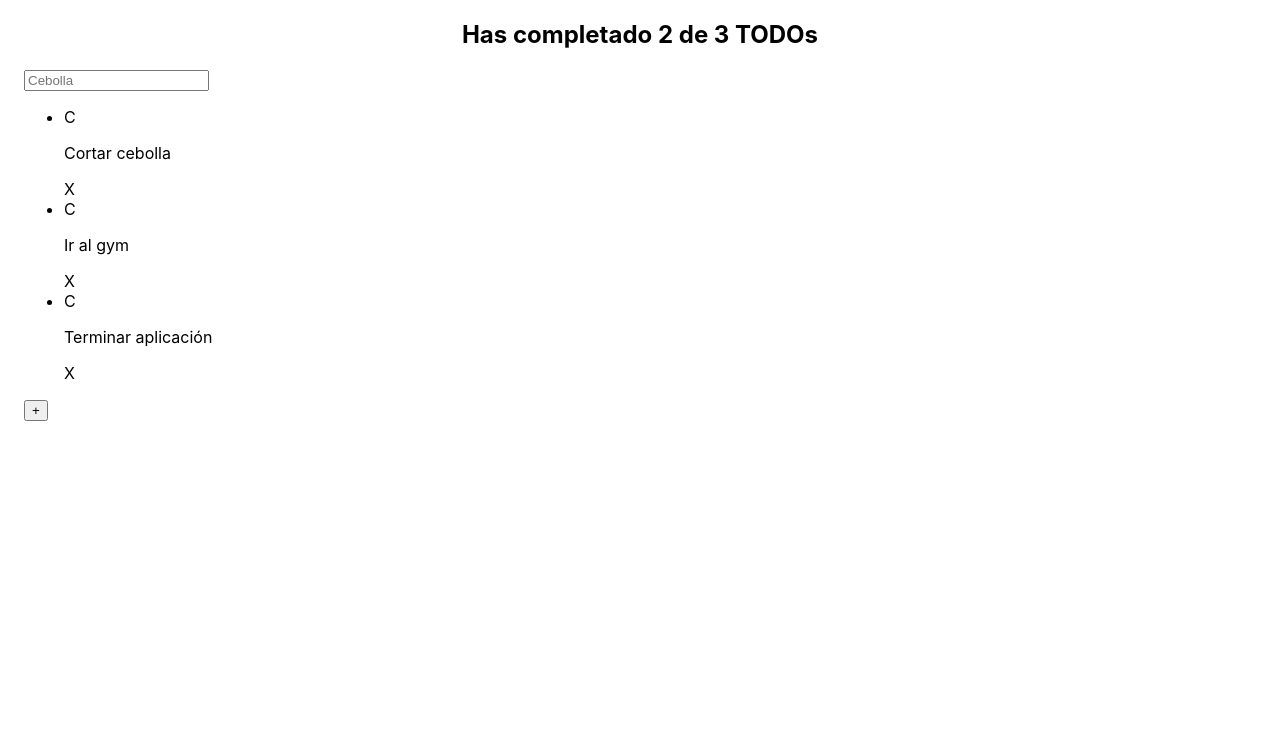
Repository: Pandrea-hub/TODOs
Page: /
These files come from the project's save history. The page is drawn as it stood at one moment and after the next save; the edit follows.
The browser window is 1280 px wide. The pictures show the whole page.
The project was rebuilt for these pictures with package versions that can differ from the ones it lists, and the page was loaded fresh each time.

Above is the page before, as saved 2022-06-05 21:27:55.

### src/index.js
import React from 'react';
import ReactDOM from 'react-dom/client';
import './index.css';
import App from './App';


const root = ReactDOM.createRoot(document.getElementById('root'));
root.render(
  <App/>
);

### src/index.css
body {
  margin: 0;
  font-family: -apple-system, BlinkMacSystemFont, 'Segoe UI', 'Roboto', 'Oxygen',
    'Ubuntu', 'Cantarell', 'Fira Sans', 'Droid Sans', 'Helvetica Neue',
    sans-serif;
  -webkit-font-smoothing: antialiased;
  -moz-osx-font-smoothing: grayscale;
}

code {
  font-family: source-code-pro, Menlo, Monaco, Consolas, 'Courier New',
    monospace;
}

#root{
  margin:0 24px;
  position: relative;
  min-height: 100vh;
}

### src/App.js
//import './App.css';
import React from 'react';
import { TodoCounter } from './TodoCounter';
import { TodoItem } from './TodoItem';
import { CreateTodoButton } from './CreateTodoButton';
import { TodoList } from './TodoList';
import { TodoSearch } from './TodoSearch';


const todos = [
  {text: 'Cortar cebolla',completed: false},
  {text: 'Ir al gym',completed: false},
  {text: 'Terminar aplicación',completed: false},
]


function App() {
  return (
    <React.Fragment>
      <TodoCounter />
      <TodoSearch />


      <TodoList>
        {todos.map(todo =>(
          <TodoItem key={todo.text} text={todo.text} completed={todo.completed}/>
        ))}
      </TodoList>
      <CreateTodoButton />
    </React.Fragment>

  );
}

export default App;

### src/TodoCounter.js
import React from 'react';
import './TodoCounter.css';

function TodoCounter(){
    return (
        <h2 className='TodoCounter'>Has completado 2 de 3 TODOs</h2>
    );
}

export { TodoCounter };

### src/TodoItem.js
import React from 'react';
import {AiOutlineCheck} from 'react-icons/ai';

function TodoItem(props){
    return (
        <li className='TodoItem'>
            <span>C</span>
            <p>{props.text}</p>
            <span>X</span>
        </li>
    );

}

export {TodoItem};

### src/CreateTodoButton.js
import React from 'react';

function CreateTodoButton(props){
    return(
        <button>+</button>
    );
}

export {CreateTodoButton};

### src/TodoList.js
import React from "react";


function TodoList(props){
    return(
        <section>
            <ul>
                {props.children}
            </ul>
        </section>

    );
}


export {TodoList};

### src/TodoSearch.js
import React from 'react';


function TodoSearch(){
    return(
        <input placeholder="Cebolla" />
    );
}

export { TodoSearch};

### src/TodoCounter.css
.TodoCounter{
    text-align: center;
}

Loaded but not shown: public/index.html (common file)

After the next save:
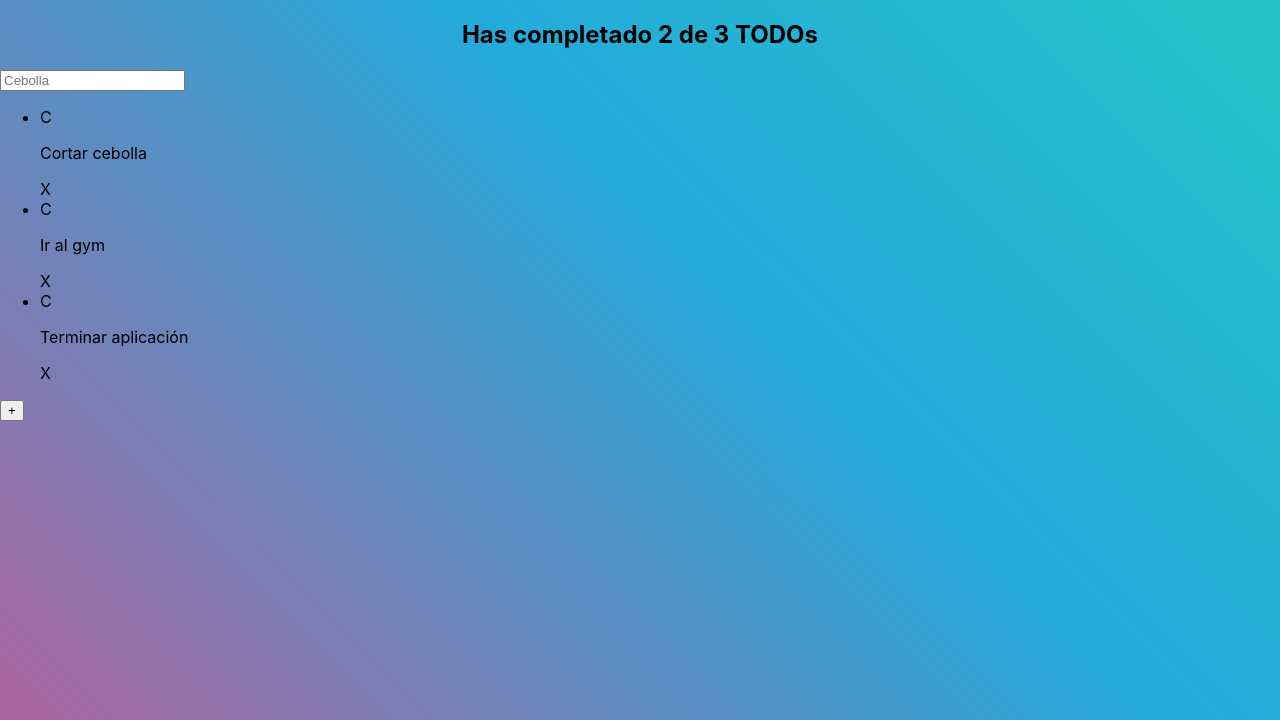
Saved 2 min 29 s later.
--- a/src/index.css
+++ b/src/index.css
@@ -13,7 +13,15 @@ code {
 }
 
 #root{
-  margin:0 24px;
-  position: relative;
-  min-height: 100vh;
+  width: 100%;
+  height: 100%;
+  position: absolute;
+  background: linear-gradient(45deg,#F17C58, #E94584, #24AADB , #27DBB1,#FFDC18, #FF3706);
+  background-size: 600% 100%;
+  animation: gradient 16s linear infinite;
+  animation-direction: alternate;
 }
+@keyframes gradient {
+  0% {background-position: 0%}
+  100% {background-position: 100%}
+}
